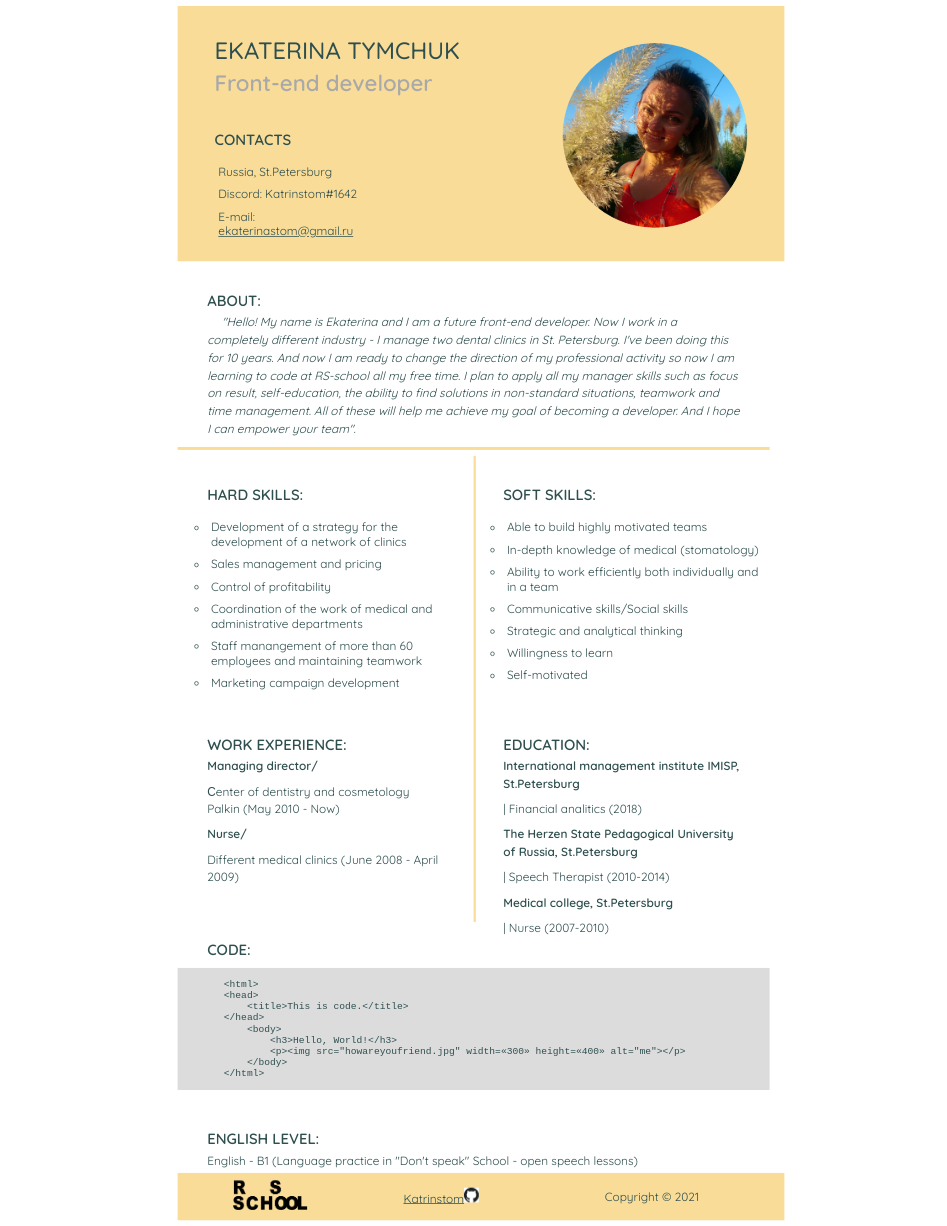
Repository: Katrinstom/rsschool-cv
Page: index.html
An editor plug-in stored every save of this project. The page is shown before and after the next save, followed by the edit.
The browser window is 1280 px wide. The pictures show the whole page, at 74% of full size.

Above is the page before, as saved 2022-01-02 18:29:24.

After the next save:
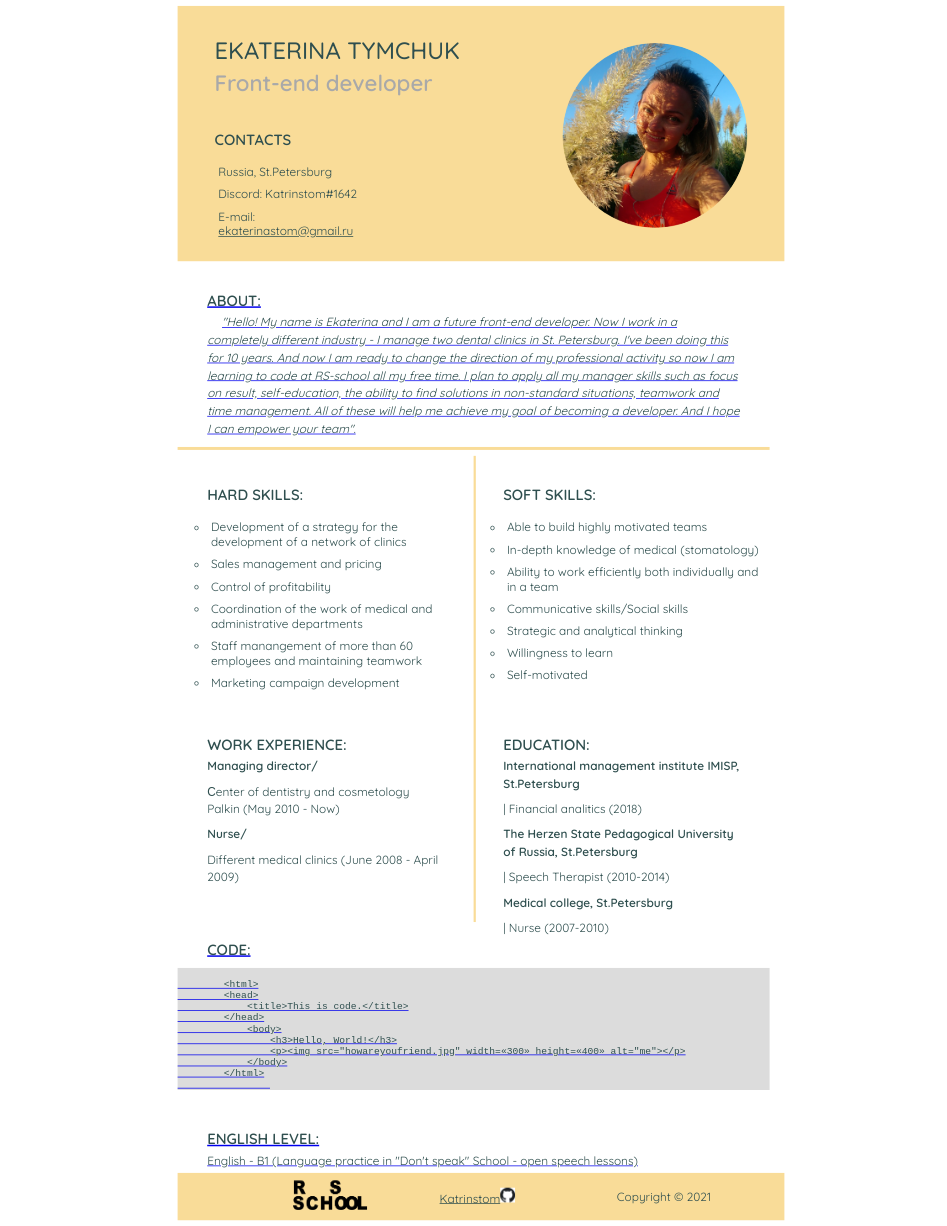
Saved 53 s later.
--- a/index.html
+++ b/index.html
@@ -20,7 +20,7 @@
                 <ul class="nonumber">
                     <li>Russia, St.Petersburg</li>
                     <li>Discord: Katrinstom#1642</li>
-                    <li>E-mail:<a href="mailto:ekaterinastom@gmail.ru">ekaterinastom@gmail.ru</a></li>
+                    <li>E-mail:<a href="mailto:ekaterinastom@gmail.ru">ekaterinastom@gmail.ru</li>
                 </ul>
         </header>
         <article>

After the save that followed:
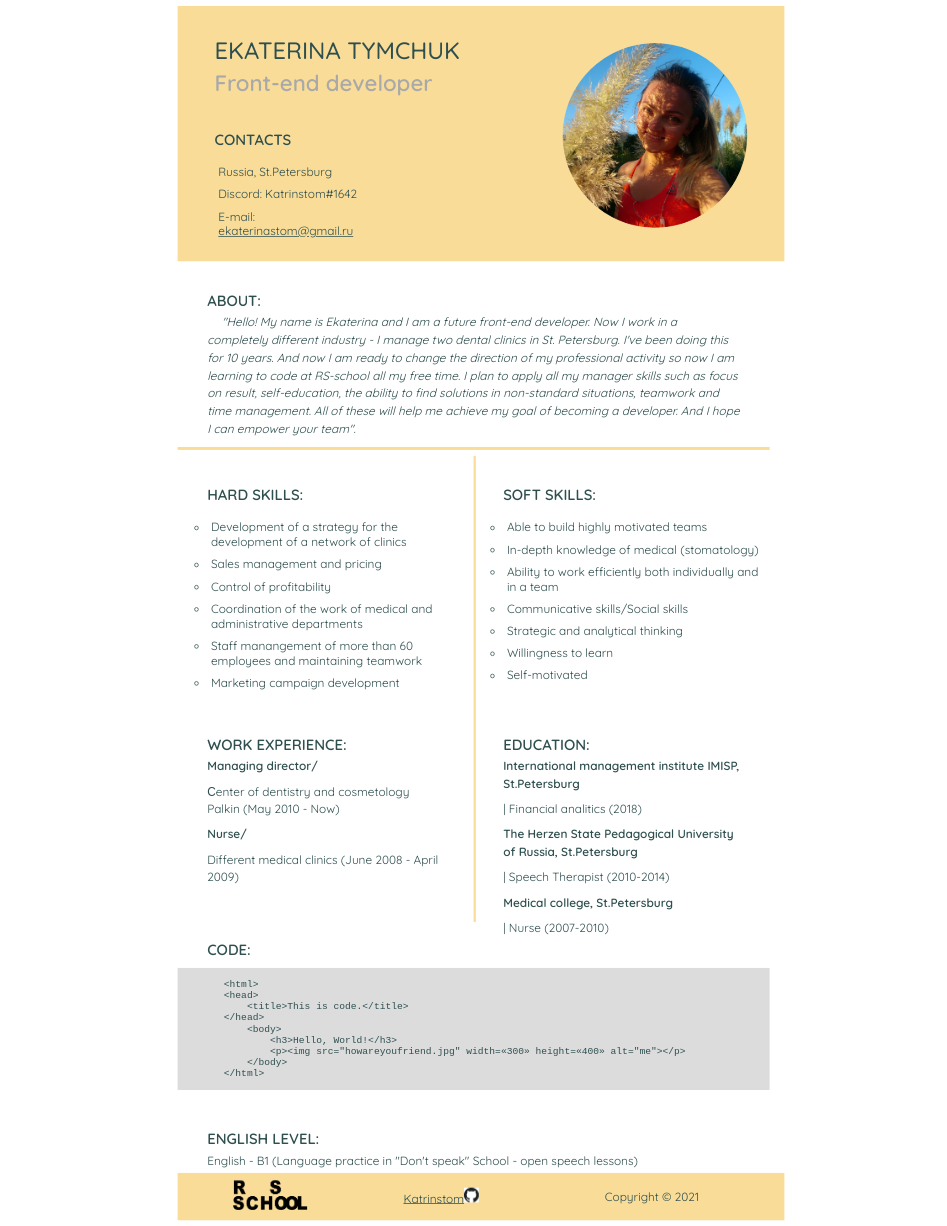
Saved 28 s later.
--- a/index.html
+++ b/index.html
@@ -20,7 +20,7 @@
                 <ul class="nonumber">
                     <li>Russia, St.Petersburg</li>
                     <li>Discord: Katrinstom#1642</li>
-                    <li>E-mail:<a href="mailto:ekaterinastom@gmail.ru">ekaterinastom@gmail.ru</li>
+                    <li>E-mail:<a href="mailto:ekaterinastom@gmail.ru">ekaterinastom@gmail.ru</a></li>
                 </ul>
         </header>
         <article>
